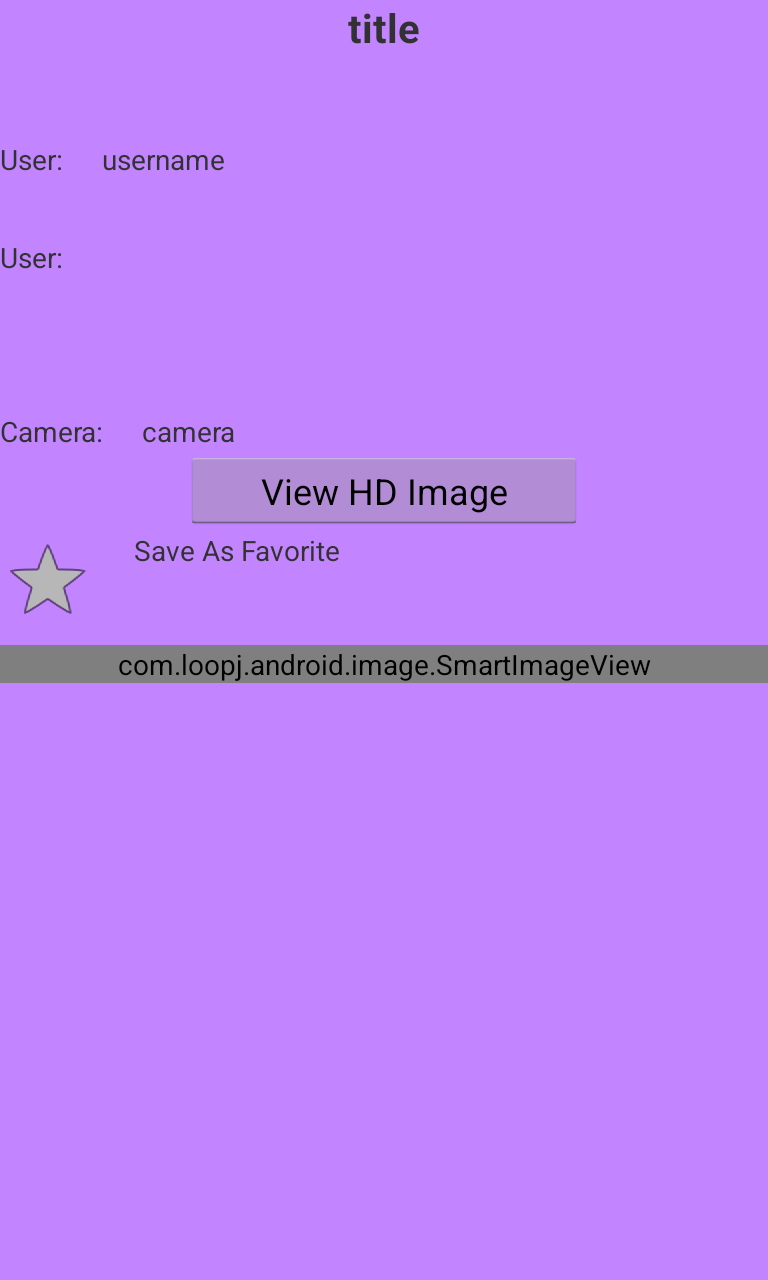
Repository: arianaantonio/Java2_Antonio
Layout: SpaceImageViewer/res/layout/details_activity.xml
These files come from the project's save history. The layout is drawn as it stood at one moment and after the next save; the edit follows.
Pictures or frames that could not be fetched are drawn as grey boxes. It is drawn on a 768 x 1280 px phone screen (xhdpi) without system bars, with theme AppTheme; the app's code is not run.

Above is the layout before, as saved 2014-07-31 05:42:46.

After the next save:
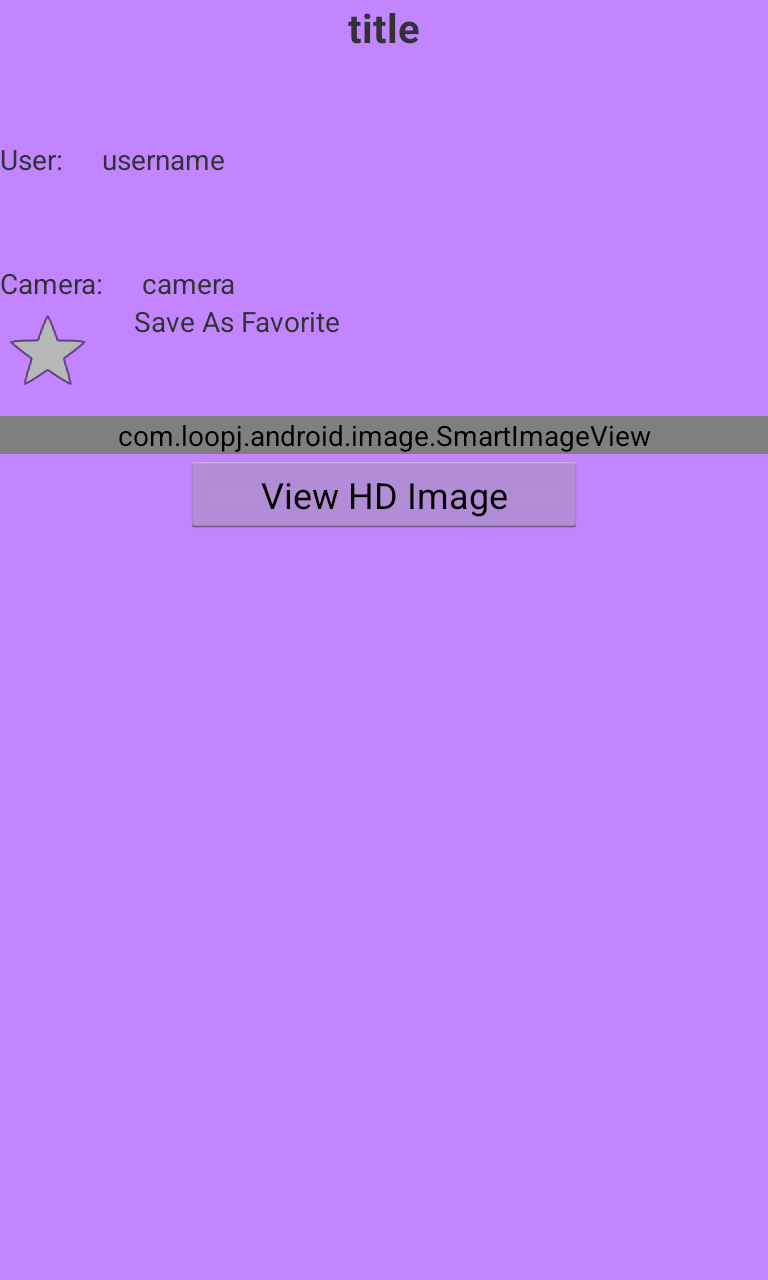
Saved 72 s later.
--- a/SpaceImageViewer/res/layout/details_activity.xml
+++ b/SpaceImageViewer/res/layout/details_activity.xml
@@ -36,14 +36,6 @@
 
     </LinearLayout>
 
-    <TextView
-        android:id="@+id/user"
-        android:layout_width="wrap_content"
-        android:layout_height="wrap_content"
-        android:layout_marginBottom="25dp"
-        android:layout_marginTop="30dp"
-        android:text="@string/userString" />
-
     <LinearLayout
         android:id="@+id/linearLayout2"
         android:layout_width="287dp"
@@ -66,15 +58,7 @@
             android:text="camera" />
     </LinearLayout>
 
-    <Button
-        android:id="@+id/button1"
-        android:layout_width="wrap_content"
-        android:layout_height="wrap_content"
-        android:layout_gravity="center"
-        android:layout_weight="0.00"
-        android:minHeight="35dp"
-        android:text="@string/HDbutton"
-        android:width="200dp" />
+
 
     <LinearLayout
         android:id="@+id/linearLayout3"
@@ -104,5 +88,14 @@
         android:layout_width="match_parent"
         android:layout_height="wrap_content"
         android:visibility="visible" />
+    <Button
+        android:id="@+id/button1"
+        android:layout_width="wrap_content"
+        android:layout_height="wrap_content"
+        android:layout_gravity="center"
+        android:layout_weight="0.00"
+        android:minHeight="35dp"
+        android:text="@string/HDbutton"
+        android:width="200dp" />
 
 </LinearLayout>
